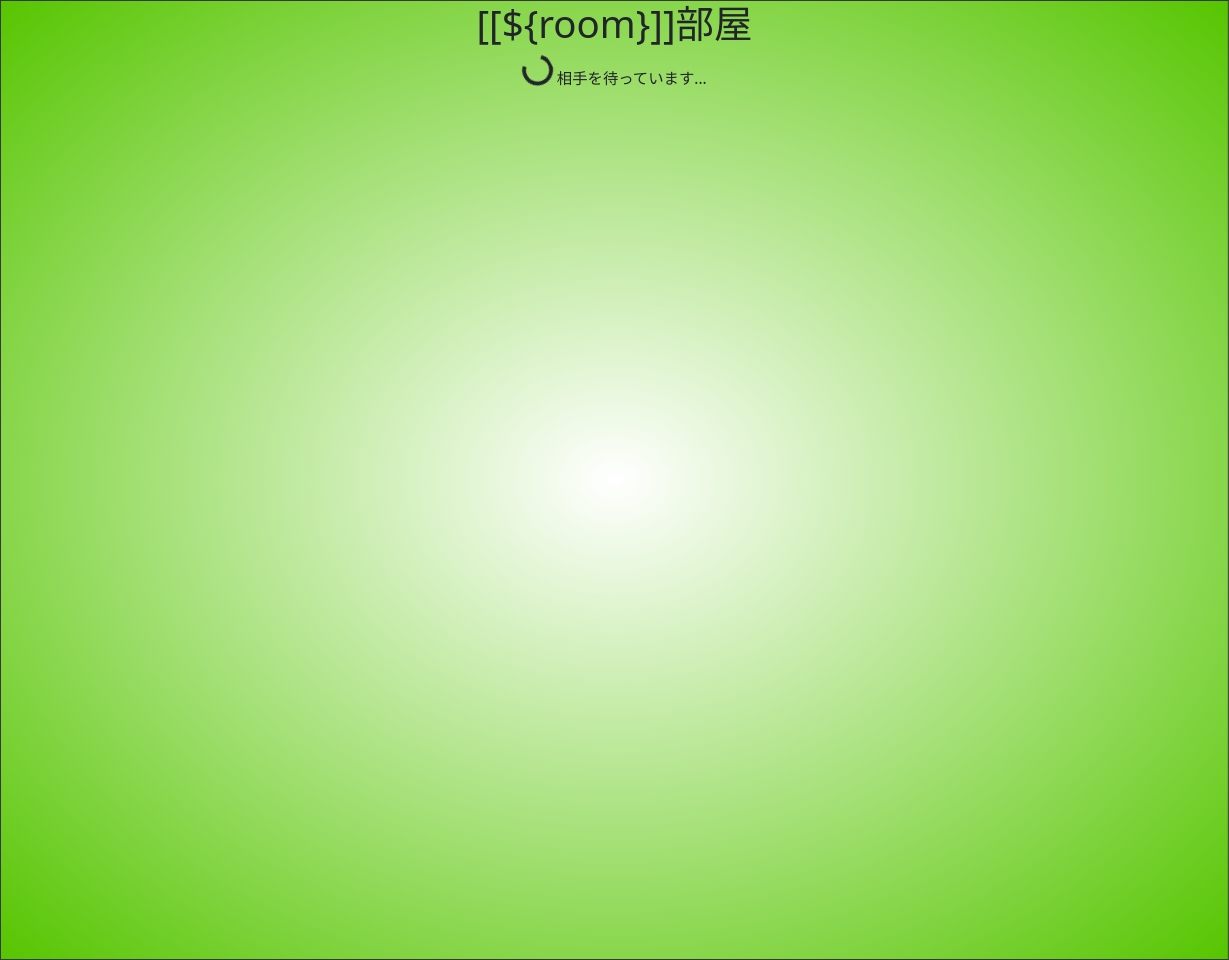
Repository: e1b21074/field_arena
Page: .log/field_arena/src/main/resources/templates/room.html
The author's editor kept a copy of each file at every save. The page is drawn from the files as they stood at one save, then again after the next save.
The browser window is 1280 px wide. The pictures show the whole page, at 96% of full size.
The page's requests for data from a server got no answer.

Above is the page before, as saved 2024-01-05 23:57:58.

### .log/field_arena/src/main/resources/templates/room.html
<!DOCTYPE html>
<html lang="en">

<head>
  <meta charset="UTF-8">
  <meta name="viewport" content="width=device-width, initial-scale=1.0">

  <!-- bootstrap CSS -->
  <link href="https://cdn.jsdelivr.net/npm/bootstrap@5.0.2/dist/css/bootstrap.min.css" rel="stylesheet"
    integrity="sha384-EVSTQN3/azprG1Anm3QDgpJLIm9Nao0Yz1ztcQTwFspd3yD65VohhpuuCOmLASjC" crossorigin="anonymous">

  <title>カードゲーム</title>
  <script>
    window.onload=function(){
      var sse = new EventSource('/start');
        sse.onmessage=function(event){
          var game=JSON.parse(event.data);
          location.href = "/game?roomid=" + game.id;
        }
    }
  </script>

  <style>
  .gradient {
    background:radial-gradient(#fff, #56C500);
    height: 1000px;
    border: 1px solid #333;
 }
  </style>
</head>
<body class="gradient">
  <center>
    <h1>[[${room}]]部屋</h1>
    <div id="game">
      <nobr class="spinner-border" role="status">
        <span class="visually-hidden">Loading...</span>
      </nobr>
      相手を待っています...
    </div>
  </center>

  <script src="https://cdn.jsdelivr.net/npm/bootstrap@5.0.2/dist/js/bootstrap.bundle.min.js"
    integrity="sha384-MrcW6ZMFYlzcLA8Nl+NtUVF0sA7MsXsP1UyJoMp4YLEuNSfAP+JcXn/tWtIaxVXM"
    crossorigin="anonymous"></script>

</body>
</html>

After the next save:
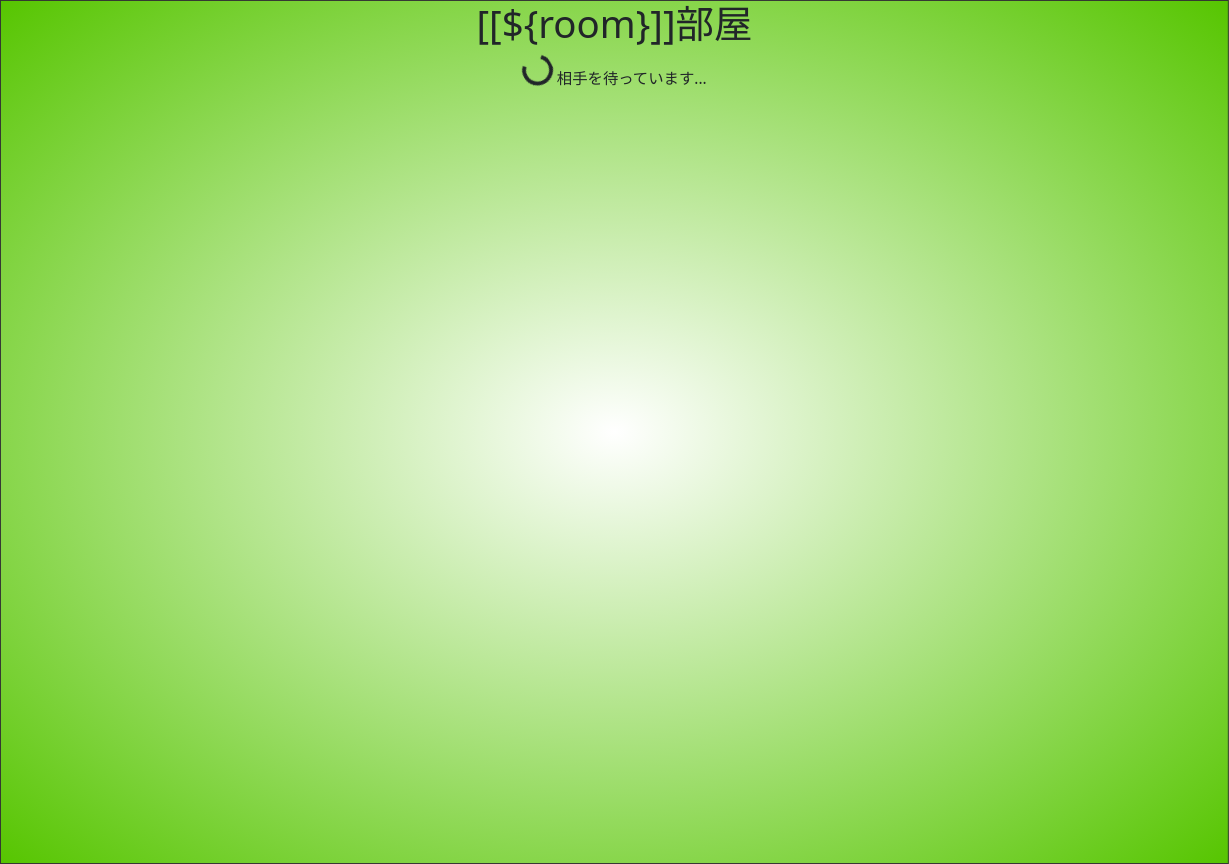
Saved 22 s later.
--- a/.log/field_arena/src/main/resources/templates/room.html
+++ b/.log/field_arena/src/main/resources/templates/room.html
@@ -23,7 +23,7 @@
   <style>
   .gradient {
     background:radial-gradient(#fff, #56C500);
-    height: 1000px;
+    height: 900px;
     border: 1px solid #333;
  }
   </style>
